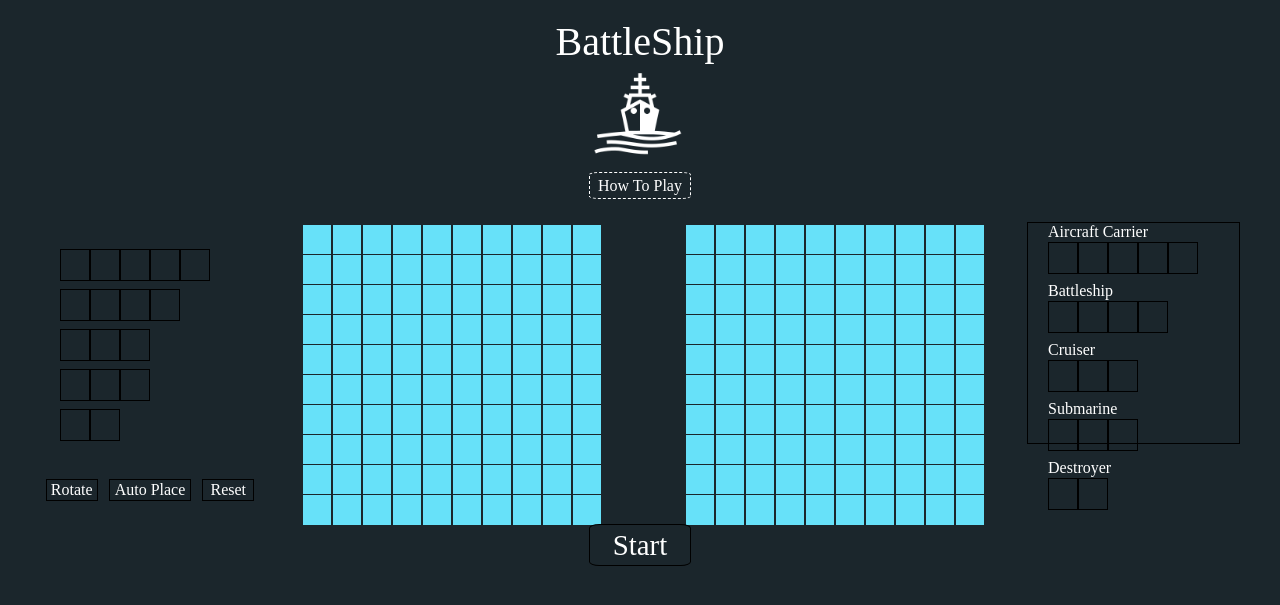
Repository: J-Haze/BattleshipApp
Page: /
An editor plug-in stored every save of this project. The page is shown before and after the next save, followed by the edit.
The browser window is 1280 px wide. The pictures show the whole page.
The project was rebuilt for these pictures with package versions that can differ from the ones it lists, and the page was loaded fresh each time. Also part of the build but not shown: src/index.css, src/Components/ModalEnd.js, src/Components/ModalHowTo.js.

Above is the page before, as saved 2020-09-26 19:47:02.

### src/App.js
import React from "react";
import "./App.css";
import Game from "./Components/Game";
import Header from "./Components/Header"
// import { ProgressPlugin } from "webpack";

//test

function App() {
  return (
    <div className="App">
      <Header />
      <Game />
    </div>
  );
}

export default App;

### src/App.css
/* test */
:root{
    --black: #1B262C;
    --cyan: #67E1F9;
    --red: #d31727;
    --gray: #74777C;
    --white: #FFFFFF;
}

body {
    color: var(--white);
    background-color: var(--black)
}

header {
    /* border: 1px solid black; */

    display: flex;
    flex-direction: column;
    justify-content: center;
    align-items: center;
    margin-left: auto;
    margin-right: auto;
    width: 1200px;
    /* height: 80px; */

}

/* div {
    border: 1px solid black;
} */

#battleship{
    font-size: 2.5em;
    margin-top: 10px;
}

#battleship-icon{
    width: 100px;
    margin-top: 2px;
    margin-bottom: 5px;
}

#how-to{
    border: 1px dashed var(--white);
    border-radius: 10%;
    height: 25px;
    width: 100px;
    display: flex;
    justify-content: center;
    align-items: center;
}

#how-to:hover{
    cursor: pointer;
}

#game{
    width: 1200px;
    height: 350px;
    display: flex;
    flex-direction: column;
    /* border: 1px solid blue; */
    margin-left: auto;
    margin-right: auto;
}

.column{
    width: 400px;
    height: 100%;
    /* border: 1px solid red; */
}

.board{
    height: 300px;
    width: 300px;
    margin-left: auto;
    margin-right: auto;
    margin-top: 25px;

    display: grid;
    grid-template-columns: repeat(1, 1fr);
    grid-template-rows: repeat(10, 1fr);
    /* gap: 2px; */
}

.row{
    display: flex;
    /* height: 30px; */
    height: 1fr;
    width: 1fr;
}

.square{
    /* height: 100%;
    width: 10%; */
    display: flex;
    height: 100%;
    width: 10%;
    background-color: var(--cyan);
    border: 1px solid var(--black);
}

.ship{
    background-color: var(--gray);
    height: 100%;
    width: 100%;
}

.hit{
    background-color:var(--red);
    height: 100%;
    width: 100%;
}

.miss{
    background-color:var(--white);
    height: 100%;
    width: 100%;
}

.sunk{
    background-color:black;
    border: 1px solid var(--red);
    height: 100%;
    width: 100%;
}

.empty{
    /* background-color: yellow; */
    height: 100%;
    width: 100%;
}

.clickable:hover{
    background-color: rgb(205, 205, 205);
    /* opacity: 20%; */
    cursor: pointer;
}

#top-row{
    display: flex;
    width: 1200px;
    height: 350px;
    /* border: 1px solid blue; */
    margin-left: auto;
    margin-right: auto;
}

#bottom-row{
    display: flex;
    width: 1000px;
    /* height: 30px; */
    /* border: 1px solid blue; */
    margin-left: auto;
    margin-right: auto;
}

#start-button{
    margin-left: auto;
    margin-right: auto;
    border: 1px dashed var(--white);
    border-radius: 10%;
    height: 25px;
    width: 100px;
    display: flex;
    justify-content: center;
    align-items: center;
}

.fleet-square{
    width: 30px;
    height: 30px;
    border: 1px solid black;
}

.ship-text{
    margin-left: 20px;
    margin-right: auto;
    margin-bottom: 1px;
    /* border: 1px solid black; */
}

#computer-fleet{
    height: 220px;
    width: 220px;
    margin-top: 23px;
    margin-left: auto;
    margin-right: auto;
    border: 1px solid black;
}

#player-fleet{
    height: 220px;
    width: 220px;
    margin-top: 23px;
    margin-left: auto;
    margin-right: auto;
    border: 1px solid black;
}

.player-fleet{
    height: 220px;
    width: 220px;
    margin-top: 50px;
    margin-left: auto;
    margin-right: auto;
    /* padding-left: 50px; */
    /* border: 1px solid black; */
}

.ship-harbor-horizontal{
    display: flex;
    height: 30px;
    margin-bottom: 10px;
    margin-left: 20px;
    border: none;
}

.carrier-horizontal{
    width: 150px;
}

.battleship-horizontal{
    width: 120px;
}

.cruiser-horizontal{
    width: 90px;
}

.submarine-horizontal{
    width: 90px;
}

.destroyer-horizontal{
    width: 60px;
}

.fleet-vertical{
    display: flex;
    height: 220px;
    width: 220px;
    margin-top: 50px;
    margin-left: auto;
    margin-right: auto;
}

.ship-harbor-vertical{
    display: flex;
    flex-direction: column;
    width: 30px;
    margin-left: 10px;
    margin-top: 50px;
    border: none;
}

.carrier-vertical{
    height: 150px;
}

.battleship-vertical{
    height: 120px;
}

.cruiser-vertical{
    height: 90px;
}

.submarine-vertical{
    height: 90px;
}

.destroyer-vertical{
    height: 60px;
}

.toggle{
    background-color: gray;
}

.boat-placed{
    background-color: black;
    width: 30px;
    height: 30px;
    border: 1px solid black;
}

#setup{
    margin-left: none;
    margin-right: none;
}



#setup-buttons{
    display: flex;
    margin-top: 10px;
    margin-left: auto;
    margin-right: auto;
    /* border: 1px solid; */
}

.btn{
    height: 20px;
    display: flex;
    justify-content: center;
    align-items: center;
    margin-left: auto;
    margin-right: auto;
    border: 1px solid black;
}

.btn:hover{
    cursor: pointer;
}

#rotate{
    width: 50px;
}

#auto-place{
    width: 80px;
}

#reset{
    width: 50px;
}

#start-button{
    border: 1px solid black;
    display: flex;
    justify-content: center;
    align-items: center;
    width: 100px;
    height: 40px;
    font-size: 1.8em;
}

#start-button:hover{
    cursor: pointer;
}

#newGame{
    border: 1px solid black;
    display: flex;
    justify-content: center;
    align-items: center;
    margin-left: auto;
    margin-right: auto;
    width: 80px;
    height: 30px;
}

#newGame:hover{
    cursor: pointer;
}


/* End of Game Modal */

.modal{
    display: block;
    position: fixed;
    z-index: 1;
    left: 0;
    top: 0;
    width: 100vw;
    min-width: 1200px;
    height: 100vh;
    /* overflow: auto; */
    background-color: rgb(0,0,0);
    background-color: rgba(0,0,0,0.4);
  }

  .modal-content{
    display: flex;
    flex-direction: column;
    background-color: #fefefe;
    margin-left: auto;
    margin-right: auto;
    margin-top: 1vh;
    padding: 20px;
    padding-top: 0px;
    border: 1px solid #888;
    width: 600px;
    justify-content: center;
    align-items: center;
  }

  .close{
    color: #aaa;
    float: right;
    margin-left: 100%;
    font-size: 28px;
    height: 10px;
    font-weight: bold;
    /* border: 1px solid black; */
  }

  .close:hover, .close:focus {
    color: black;
    text-decoration: none;
    cursor: pointer;
  }

  .message{
      font-size: 3em;
      /* border: 1px solid black; */
      margin-bottom: 5px;
  }

.image{
    width: 500px;
    margin-left: auto;
    margin-right: auto;
    margin-bottom: 20px;
}

.space{
    margin-top: 7px;
}

.phases{
    margin-top: 15px;
}

.setup-space{
    margin-top: 3px;
}

.indent{
    margin-left: 5px;
}

### src/Components/Header.js
import React, { useState, useEffect } from "react"
import ModalHowTo from "./ModalHowTo.js"
import battleship from "../assets/battleship.png"
// import shipFactory from "../factories/ship"
// import gameboardFactory from "../factories/gameboard"
// import player from "../factories/player"


function Header() {
    const [howToOpen, setHowToOpen] = useState(false);


    function howTo() {
        setHowToOpen(true)
    }

    function hideHowTo() {
        setHowToOpen(false)
    }

    return (
        <header>
            <div id="battleship">BattleShip</div>
            <img id="battleship-icon" src={battleship} />
            <div id="how-to" onClick={() => howTo()}> How To Play
            </div>
            {howToOpen && <ModalHowTo
                hideHowTo={hideHowTo}
            />}
        </header>
    )
}


export default Header;

### src/factories/ship.js

const shipFactory = (shipLength) => {
    const shipNames = {
        1: 'Submarine',
        2: 'Destroyer',
        3: 'Cruiser',
        4: 'Battleship',
        5: 'Carrier',
    };

    const name = shipNames[shipLength];

    if (shipLength == 1) {
        shipLength = 3;
    }


    let ship = [];
    for (let i = 0; i < shipLength; i++) {
        ship.push([false, i, name])
    }

    let hit = (hitLocation) => {
        ship[hitLocation] = [true, hitLocation, name];
        console.log("Hit!", ship)
        console.log(`You've hit my ${name}`)
        // console.log("hits length", hit.length)
        // console.log("ship.length", ship.length)
        return ship
    }

    let isSunk = () => {
        let sunkStatus = false
        ship[0][0] == true ? sunkStatus = true : sunkStatus = false
        for (let square in ship) {
            // console.log("ship:", ship)
            // console.log(ship[square])
            sunkStatus = (ship[square][0] && sunkStatus)
        }
        // let sunkStatus = ship[0].every(Boolean);
        return sunkStatus
    }

    return {
        //id,
        name,
        shipLength,
        ship,
        hit,
        isSunk
    }
}

// const destroyer = shipFactory(2)
// const cruiser = shipFactory(3)
// const battleship = shipFactory(4)
// const carrier = shipFactory(5)

export default shipFactory;

//export default {shipFactory, destroyer, cruiser, battleship, carrier}

//Comment out with not testing
// module.exports = shipFactory;

### src/factories/player.js
// import shipFactory from "./ship"
import gameboardFactory from "./gameboard"

const player = (playerName) => {
    // const submarine = shipFactory(1)
    // const destroyer = shipFactory(2)
    // const cruiser = shipFactory(3)
    // const battleship = shipFactory(4)
    // const carrier = shipFactory(5)
    const getBoard = gameboardFactory();
    const gameboard = getBoard;
    let attackCoord = 100;
    let index = 100;

    const squaresToGuess = [];

    for (let i = 0; i <= 99; i++) {
        squaresToGuess.push(i);
    }
    // console.log(squaresToGuess)

    //Randomly sends an attack
    const sendAttack = (coord) => {
        // if (playerName == "Computer") {
        // }
        // console.log("yes", playerName)
        if (playerName == "Player") {
            attackCoord = coord;
            index = squaresToGuess.indexOf(attackCoord);
            squaresToGuess.splice(index, 1);
        } else {
            // console.log("s2g", squaresToGuess.length - 1)
            attackCoord = Math.floor(Math.random() * (squaresToGuess.length - 1));
            index = squaresToGuess.indexOf(attackCoord);
            squaresToGuess.splice(index, 1);
            // console.log("index:", index)
        }

        // console.log({ attackCoord })
        // console.log("squares to guess:", squaresToGuess)
        return attackCoord
    }



    //send attack will take coordinates and "send an attack" to the OPPOSING board
    //Need to make sure it has an array of 0-99 and takes away the guessed numbers from that array.
    //random between 0 and array.length

    return {
        gameboard,
        squaresToGuess,
        sendAttack
    }
}








export default player;

### src/Components/Board.js
import React, { useState, useEffect } from "react"
// import shipFactory from "../factories/ship"
// import gameboardFactory from "../factories/gameboard"
// import player from "../factories/player"
// import Square from "./Square.js"
import Row from "./Row.js"
// import Player from "./Player.js"

function Board(props) {
    let { id, board, phase, boardID, handlePlaceShip, update } = props;

    const [rowState, setRows] = useState([]);

    // let rows = [];


    useEffect(() => {
        let rows = [];
        for (let i = 0; i < board.length; i += 10) {
            rows.push(board.slice(i, i + 10));
        }
        setRows(rows);
    }, [update]
    );



    return (
        <div id={id} className="board">
            {/* {squareItems} */}
            {rowState.map((row, i) => {
                return (
                    <Row
                        key={i}
                        roww={i}
                        rowObj={row}
                        phase={phase}
                        boardID={boardID}
                        handlePlaceShip={handlePlaceShip}
                    // position={[i, j]}
                    // position={square}
                    // key={square.}
                    // key={book.title}
                    // book={book}
                    // handleDelete={handleDelete}
                    // toggleRead={toggleRead}
                    // toggleReading={toggleReading}
                    // toggleNotRead={toggleNotRead}
                    />
                );
            })
            }
        </div>
    )
}

export default Board;

### src/Components/Row.js
import React, { useState, useEffect } from "react"
// import shipFactory from "../factories/ship"
// import gameboardFactory from "../factories/gameboard"
// import player from "../factories/player"
import Square from "./Square"

function Row(props) {
    let { roww, rowObj, handleClick, phase, boardID, handlePlaceShip, update } = props;


    useEffect(() => {
        rowObj = rowObj;
    },
        [update]
    );

    return (
        <div className="row">
            {rowObj.map((square, j) => {
                return (
                    <Square
                        key={j}
                        row={roww}
                        col={j}
                        squareObj={square}
                        handleClick={handleClick}
                        phase={phase}
                        boardID={boardID}
                        handlePlaceShip={handlePlaceShip}
                    />
                );
            })
            }
        </div>
    )
};
export default Row;

### src/Components/Fleet.js
import React, { useState, useEffect } from "react"

function Fleet(props) {

    let sunkCarrier = "";
    let sunkBattleship = "";
    let sunkCruiser = "";
    let sunkSubmarine = "";
    let sunkDestroyer = "";

    if (props.boatsSunk.includes("Carrier")) {
        sunkCarrier = "sunk";
    } else {
        sunkCarrier = "";
    };

    if (props.boatsSunk.includes("Battleship")) {
        sunkBattleship = "sunk";
    } else {
        sunkBattleship = "";
    };

    if (props.boatsSunk.includes("Cruiser")) {
        sunkCruiser = "sunk";
    } else {
        sunkCruiser = "";
    };

    if (props.boatsSunk.includes("Submarine")) {
        sunkSubmarine = "sunk";
    } else {
        sunkSubmarine = "";
    };

    if (props.boatsSunk.includes("Destroyer")) {
        sunkDestroyer = "sunk";
    } else {
        sunkDestroyer = "";
    };

    return (
        <div id={props.id} className="fleet-horizontal" >
            <div className="ship-text">Aircraft Carrier</div>
            <div className={`carrier-horizontal ship-harbor-horizontal ${sunkCarrier}`} >
                <div className="fleet-square"></div>
                <div className="fleet-square"></div>
                <div className="fleet-square"></div>
                <div className="fleet-square"></div>
                <div className="fleet-square"></div>
            </div>
            <div className="ship-text"> Battleship </div>
            <div className={`battleship-horizontal ship-harbor-horizontal ${sunkBattleship}`} >
                <div className="fleet-square"></div>
                <div className="fleet-square"></div>
                <div className="fleet-square"></div>
                <div className="fleet-square"></div>
            </div>
            <div className="ship-text">Cruiser</div>
            <div className={`cruiser-horizontal ship-harbor-horizontal ${sunkCruiser}`} >
                <div className="fleet-square"></div>
                <div className="fleet-square"></div>
                <div className="fleet-square"></div>
            </div>
            <div className="ship-text">Submarine</div>
            <div className={`submarine-horizontal ship-harbor-horizontal ${sunkSubmarine}`} >
                <div className="fleet-square"></div>
                <div className="fleet-square"></div>
                <div className="fleet-square"></div>
            </div>
            <div className="ship-text">Destroyer</div>
            <div className={`destroyer-horizontal ship-harbor-horizontal ${sunkDestroyer}`} >
                <div className="fleet-square"></div>
                <div className="fleet-square"></div>
            </div>
        </div >
    )


};

export default Fleet;

### src/Components/Square.js
import React, { useState, useEffect } from "react"
// import shipFactory from "../factories/ship"
// import gameboardFactory from "../factories/gameboard"
// import player from "../factories/player"

function Square(props) {

    const id = (props.row * 10 + props.col)

    let attackClick = () => props.handleClick(id);
    let placementClick = () => props.handlePlaceShip(id);

    let placementMode = null;
    let playerAttack = null;

    if (props.phase == "setup") {
        placementMode = placementClick;
        playerAttack = null;
    } else if (props.phase == "playerTurn") {
        placementMode = null;
        playerAttack = attackClick;
    }

    let playerClickable = "";
    if (props.phase == "setup") {
        playerClickable = " clickable"
    } else {
        playerClickable = "";
    }

    let computerClickable = "";
    if (props.phase == "playerTurn") {
        computerClickable = "clickable"
    } else {
        computerClickable = "";
    }

    if (props.boardID == "player") {
        return (
            <div className="square">
                {(props.squareObj != null) ?
                    ((props.squareObj[0] == false) ?
                        (<div className="ship" key={id}></div>) :
                        (props.squareObj[0] == true) ?
                            (<div className="hit" key={id}>X</div>) :
                            (props.squareObj[0] == "sunk") ?
                                (<div className="sunk" key={id}>X</div>) :
                                (props.squareObj == "miss") ?
                                    (<div className="miss" key={id}>X</div>) :
                                    (<div>error</div>)) :
                    (<div className={`empty ${playerClickable}`} key={id} onClick={placementMode}></div>)
                }
            </div>
        )
    } else {
        return (
            <div className="square">
                {(props.squareObj != null) ?
                    ((props.squareObj[0] == false) ?
                        (<div className="ship" key={id} onClick={playerAttack}></div>) :
                        (props.squareObj[0] == true) ?
                            (<div className="hit" key={id}>X</div>) :
                            (props.squareObj[0] == "sunk") ?
                                (<div className="sunk" key={id}>X</div>) :
                                (props.squareObj == "miss") ?
                                    (<div className="miss" key={id}>X</div>) :
                                    (<div>error</div>)) :
                    (<div className={`empty ${computerClickable}`} key={id} onClick={playerAttack}></div>)
                }
            </div>
        )
    }


}

export default Square;

Loaded but not shown: public/index.html (common file); src/index.js (common file); src/serviceWorker.js (common file); src/Components/Game.js (297 lines, source omitted); src/factories/gameboard.js (224 lines, source omitted); src/Components/PlayerFleet.js (161 lines, source omitted)

After the next save:
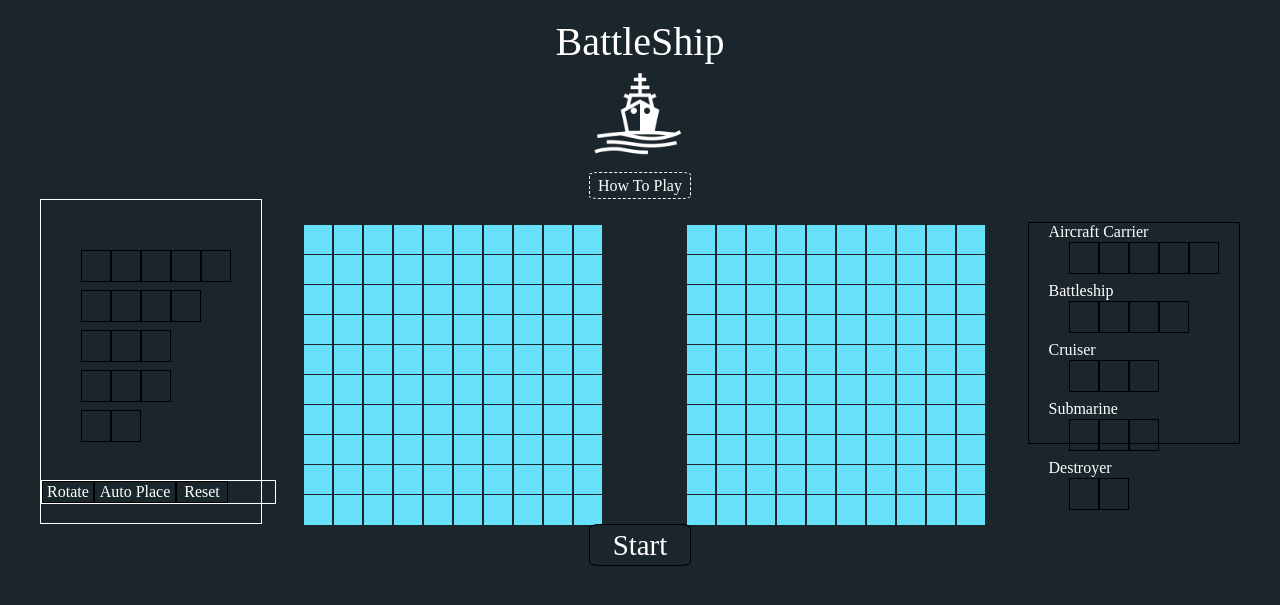
Saved 5 min 4 s later.
--- a/src/App.css
+++ b/src/App.css
@@ -213,7 +213,7 @@ header {
     display: flex;
     height: 30px;
     margin-bottom: 10px;
-    margin-left: 20px;
+    margin-left: 40px;
     border: none;
 }
 
@@ -289,6 +289,7 @@ header {
 #setup{
     margin-left: none;
     margin-right: none;
+    border: 1px solid;
 }
 
 
@@ -297,8 +298,8 @@ header {
     display: flex;
     margin-top: 10px;
     margin-left: auto;
-    margin-right: auto;
-    /* border: 1px solid; */
+    margin-right: -15px;
+    border: 1px solid;
 }
 
 .btn{
@@ -306,8 +307,6 @@ header {
     display: flex;
     justify-content: center;
     align-items: center;
-    margin-left: auto;
-    margin-right: auto;
     border: 1px solid black;
 }
 
